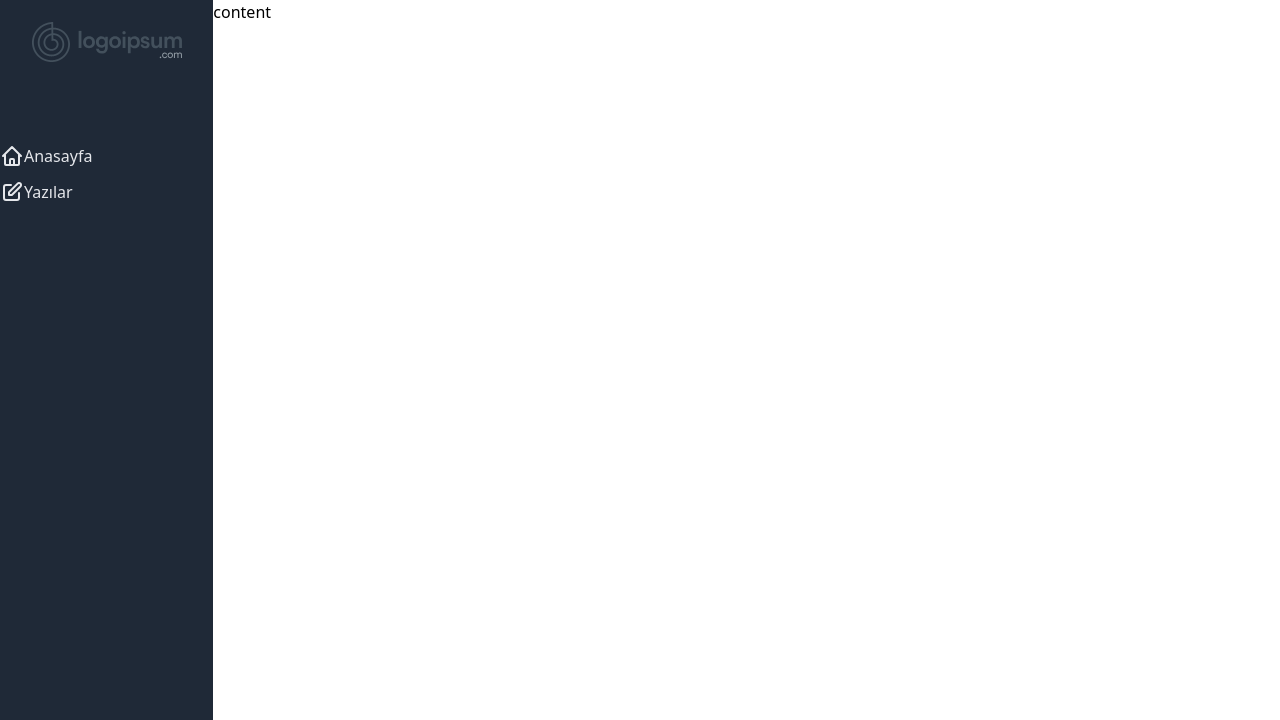
Repository: daskafa/Lavue-ui
Page: /admin
The author's editor kept a copy of each file at every save. The page is drawn from the files as they stood at one save, then again after the next save.
The browser window is 1280 px wide. The pictures show the whole page.
The project was rebuilt for these pictures with package versions that can differ from the ones it lists, and the page was loaded fresh each time. Also part of the build but not shown: src/views/Homepage.vue.

Above is the page before, as saved 2022-02-21 23:18:49.

### src/views/Dashboard.vue
<template>
    <Sidebar />
</template>

<script>
import Sidebar from '@/components/Sidebar'

export default {
    name: 'Dashboard',
    components: {
        Sidebar,
    }
}
</script>

### src/components/Sidebar.vue
<template>
<div class="grid grid-cols-12">
    <div class="col-span-2 h-screen bg-gray-800">
        <div class="mt-5">
            <Logo />
        </div>
        <div class="mt-20 text-center sidebar-menu-items">
            <ul>
                <li>
                    <svg xmlns="http://www.w3.org/2000/svg" class="h-6 w-6" fill="none" viewBox="0 0 24 24" stroke="currentColor"><path stroke-linecap="round" stroke-linejoin="round" stroke-width="2" d="M3 12l2-2m0 0l7-7 7 7M5 10v10a1 1 0 001 1h3m10-11l2 2m-2-2v10a1 1 0 01-1 1h-3m-6 0a1 1 0 001-1v-4a1 1 0 011-1h2a1 1 0 011 1v4a1 1 0 001 1m-6 0h6" /></svg>
                    <span>Anasayfa</span>
                </li>
                <li class="mt-3">
                    <svg xmlns="http://www.w3.org/2000/svg" class="h-6 w-6" fill="none" viewBox="0 0 24 24" stroke="currentColor"><path stroke-linecap="round" stroke-linejoin="round" stroke-width="2" d="M11 5H6a2 2 0 00-2 2v11a2 2 0 002 2h11a2 2 0 002-2v-5m-1.414-9.414a2 2 0 112.828 2.828L11.828 15H9v-2.828l8.586-8.586z" /></svg>
                    <span>Yazılar</span>
                </li>
            </ul>
        </div>
    </div>
    <div class="col-span-10 p-50">content</div>
</div>


    <!-- <router-link :to="{ name: 'Dashboard' }"><span class="text-sm ml-2">Dashboard</span></router-link> -->
    <!-- <router-link :to="{name: 'About'}"><span class="text-sm ml-2">About</span></router-link> -->

    <!-- <Content /> -->
</template>

<script>
// import Content from './Content.vue'
import Logo from './Logo'
export default {
    name: "Sidebar",
    components: {
        Logo
        // Content
    },
    data() {
        return {
            moved: true,
        };
    },
    methods: {
        sidebarHandler() {
            var sideBar = document.getElementById("mobile-nav");
            sideBar.style.transform = "translateX(-260px)";
            if (this.$data.moved) {
                sideBar.style.transform = "translateX(0px)";
                this.$data.moved = false;
            } else {
                sideBar.style.transform = "translateX(-260px)";
                this.$data.moved = true;
            }
        },
    },
};
</script>
<style scoped>
    .sidebar-menu-items li{
        display: flex;
    }
    .sidebar-menu-items li svg,
    .sidebar-menu-items li span{
        color: #e5e7eb;
    }
</style>

Loaded but not shown: public/index.html (common file); src/main.js (common file); src/App.vue (common file); src/index.css (common file); tailwind.config.js (common file); src/router/index.js (31 lines, source omitted); src/components/Logo.vue (3 lines, source omitted)

After the next save:
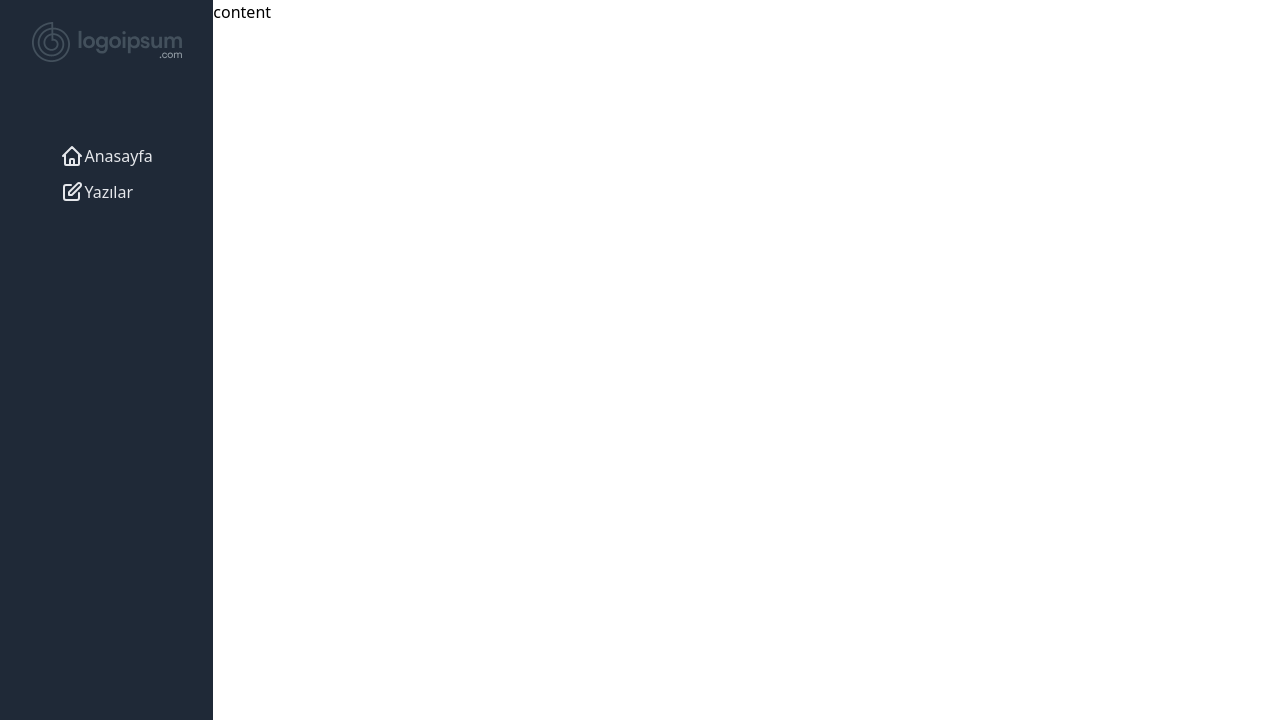
Saved 30 s later.
--- a/src/components/Sidebar.vue
+++ b/src/components/Sidebar.vue
@@ -4,7 +4,7 @@
         <div class="mt-5">
             <Logo />
         </div>
-        <div class="mt-20 text-center sidebar-menu-items">
+        <div class="mt-20 flex justify-center sidebar-menu-items">
             <ul>
                 <li>
                     <svg xmlns="http://www.w3.org/2000/svg" class="h-6 w-6" fill="none" viewBox="0 0 24 24" stroke="currentColor"><path stroke-linecap="round" stroke-linejoin="round" stroke-width="2" d="M3 12l2-2m0 0l7-7 7 7M5 10v10a1 1 0 001 1h3m10-11l2 2m-2-2v10a1 1 0 01-1 1h-3m-6 0a1 1 0 001-1v-4a1 1 0 011-1h2a1 1 0 011 1v4a1 1 0 001 1m-6 0h6" /></svg>
